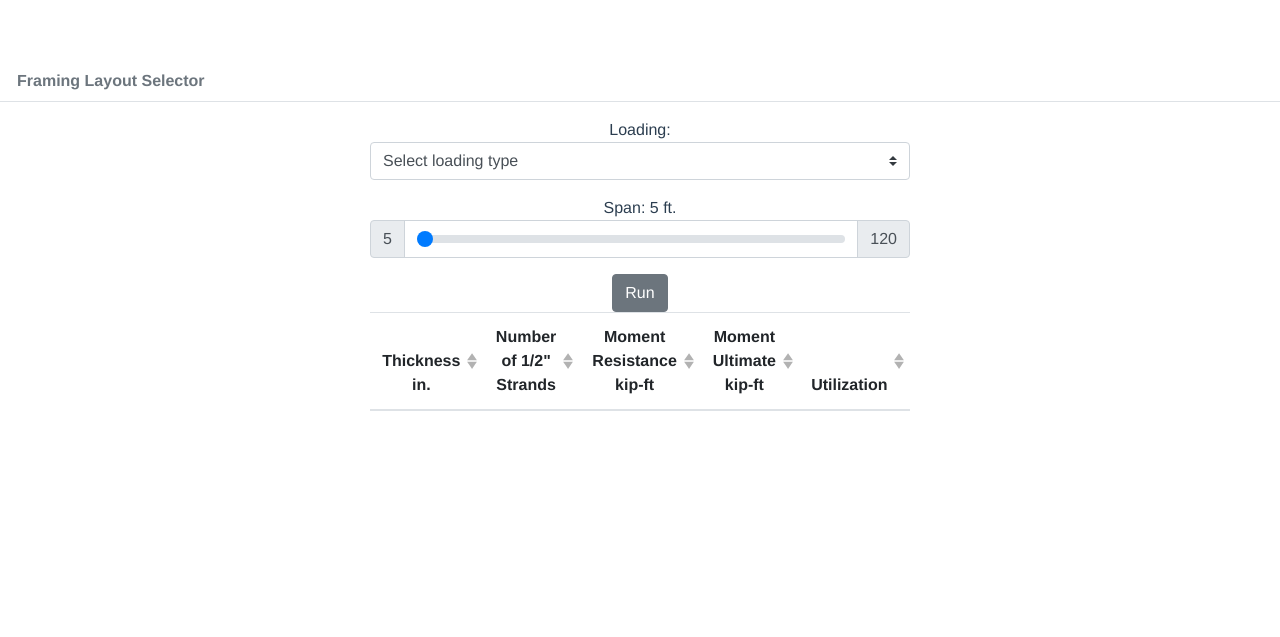
Repository: kanwarjohal/framingconceptclient
Page: /
The author's editor kept a copy of each file at every save. The page is drawn from the files as they stood at one save, then again after the next save.
The browser window is 1280 px wide. The pictures show the whole page.
The page's requests for data from a server got no answer. The project was rebuilt for these pictures with package versions that can differ from the ones it lists, and the page was loaded fresh each time. No one was signed in, and anything a server would have sent is missing.

Above is the page before, as saved 2020-04-10 15:11:19.

After the next save:
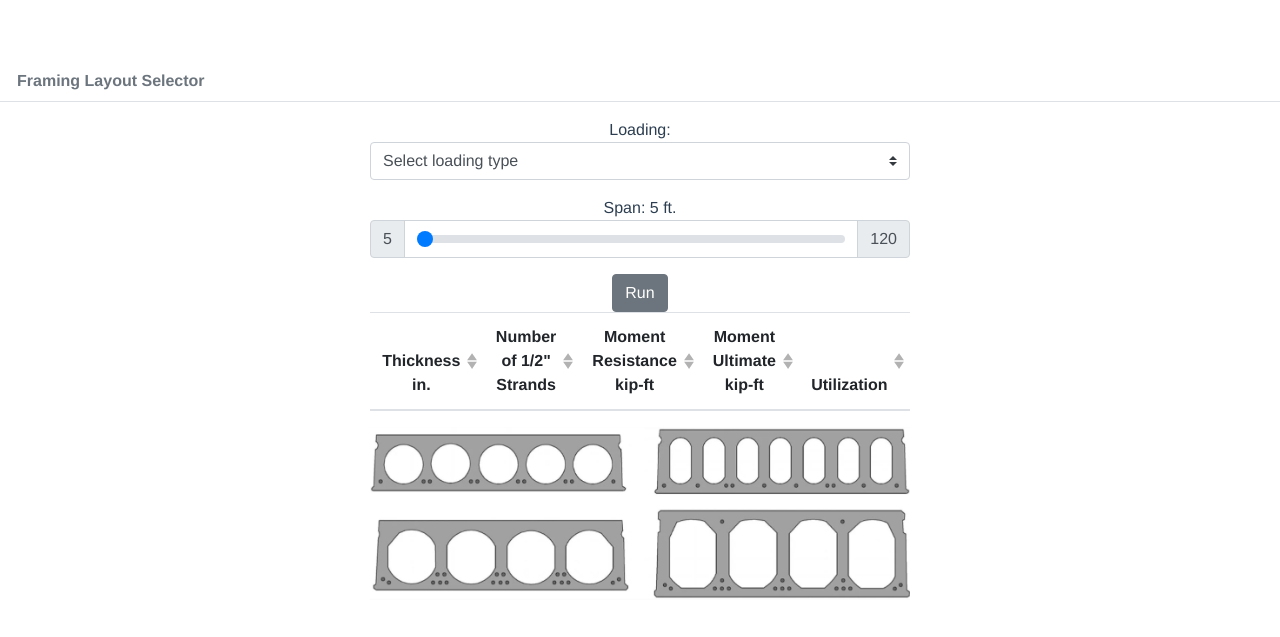
Saved 119 min 31 s later.
--- a/src/components/LoadingType.vue
+++ b/src/components/LoadingType.vue
@@ -30,6 +30,9 @@
     </div>
     <div>
     <b-table striped hover :items="hollowcoreitems" :fields="fields"></b-table>
+    </div>
+    <div>
+        <b-img src="hollowcoresections.png" fluid alt="Responsive image"></b-img>
     </div>
 </div>
 </template>
